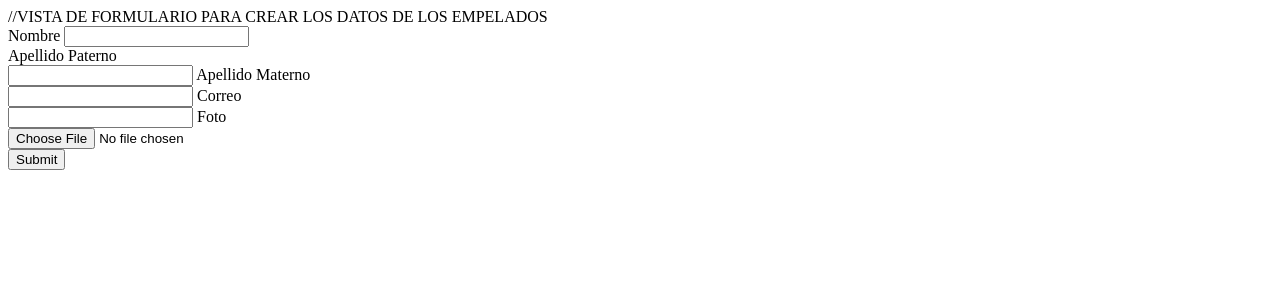
Repository: LionardoGomiz/CRUD-LARAVEL
Page: http://localhost/empleado/create
An editor plug-in stored every save of this project. The page is shown before and after the next save, followed by the edit.
The browser window is 1280 px wide. The pictures show the whole page.
The page is served by the project's Laravel application, run on PHP 8.4 with Laravel 8. Other server files are loaded and not shown.

Above is the page before, as saved 2021-08-02 14:50:10.

### CRUD-Laravel/routes/web.php
<?php

use Illuminate\Support\Facades\Route;
use App\Http\Controllers\EmpleadoController; //IMPORTAR EL CONTROLADOR A USAR
/*
|--------------------------------------------------------------------------
| Web Routes
|--------------------------------------------------------------------------
|
| Here is where you can register web routes for your application. These
| routes are loaded by the RouteServiceProvider within a group which
| contains the "web" middleware group. Now create something great!
|
*/

Route::get('/', function () {
    return view('welcome');
});

//RUTA PARA ACCEDER A MIS VISTAS
Route::get('/empleado', function () {
    return view('empleado.index');
});

//RUTA PARA ACCEDER A LOS METODOS DE MI CONTROLADOR DE FORMA INDIVIDUAL
Route::get('/empleado/create', [EmpleadoController::class,'create']);

//RUTA PARA ACCEDER A TODOS LOS METODOS DE MI CONTROLADOR
Route::resource('empleado',EmpleadoController::class);

### CRUD-Laravel/app/Http/Controllers/EmpleadoController.php
<?php

namespace App\Http\Controllers;

use App\Models\Empleado;
use Illuminate\Http\Request;

class EmpleadoController extends Controller
{
    /**
     * Display a listing of the resource.
     *
     * @return \Illuminate\Http\Response
     */
    public function index()
    {
        return view('empleado.index');
    }

    /**
     * Show the form for creating a new resource.
     *
     * @return \Illuminate\Http\Response
     */
    public function create()
    {
        return view('empleado.create');
    }

    /**
     * Store a newly created resource in storage.
     *
     * @param  \Illuminate\Http\Request  $request
     * @return \Illuminate\Http\Response
     */
    public function store(Request $request)
    {
        //
    }

    /**
     * Display the specified resource.
     *
     * @param  \App\Models\Empleado  $empleado
     * @return \Illuminate\Http\Response
     */
    public function show(Empleado $empleado)
    {
        //
    }

    /**
     * Show the form for editing the specified resource.
     *
     * @param  \App\Models\Empleado  $empleado
     * @return \Illuminate\Http\Response
     */
    public function edit(Empleado $empleado)
    {
        //
    }

    /**
     * Update the specified resource in storage.
     *
     * @param  \Illuminate\Http\Request  $request
     * @param  \App\Models\Empleado  $empleado
     * @return \Illuminate\Http\Response
     */
    public function update(Request $request, Empleado $empleado)
    {
        //
    }

    /**
     * Remove the specified resource from storage.
     *
     * @param  \App\Models\Empleado  $empleado
     * @return \Illuminate\Http\Response
     */
    public function destroy(Empleado $empleado)
    {
        //
    }
}

### CRUD-Laravel/resources/views/empleado/create.blade.php
//VISTA DE FORMULARIO PARA CREAR LOS DATOS DE LOS EMPELADOS
<form action="" method="POST" enctype="multipart/form-data">
    <label for="Nombre">Nombre</label>
<input type="text" name="Nombre" id="Nombre">
<br>
    <label for="ApellidoPaterno">Apellido Paterno</label>
    <br>
<input type="text" name="ApellidoPaterno" id="ApellidoPaterno">
    <label for="ApellidoMaterno">Apellido Materno</label>
    <br>
<input type="text" name="ApellidoMaterno" id="ApellidoMaterno">
    <label for="Correo">Correo</label>
    <br>
<input type="text" name="Correo" id="Correo">
    <label for="Foto">Foto</label>
    <br>
<input type="file" name="Foto" id="Foto">
    <label for=""></label>
    <br>
<input type="submit" name="Enviar" id="Enviar">
</form>

Loaded but not shown: CRUD-Laravel/app/Http/Controllers/Controller.php (common file)

After the next save:
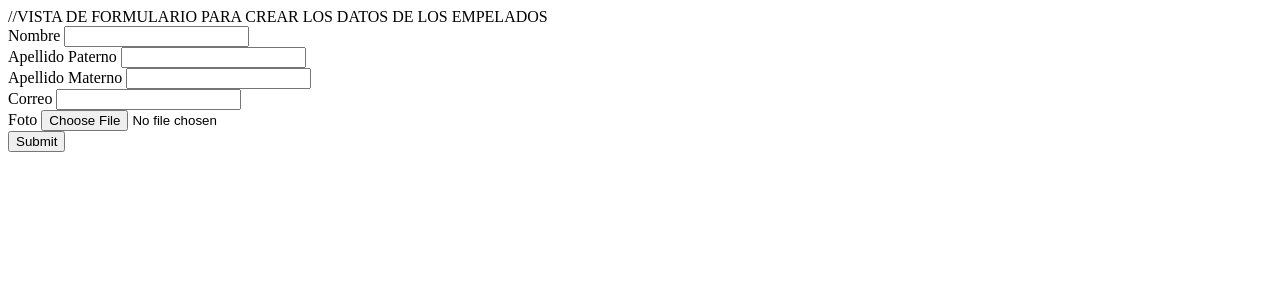
Saved 37 s later.
--- a/CRUD-Laravel/resources/views/empleado/create.blade.php
+++ b/CRUD-Laravel/resources/views/empleado/create.blade.php
@@ -4,18 +4,18 @@
 <input type="text" name="Nombre" id="Nombre">
 <br>
     <label for="ApellidoPaterno">Apellido Paterno</label>
-    <br>
 <input type="text" name="ApellidoPaterno" id="ApellidoPaterno">
+<br>
     <label for="ApellidoMaterno">Apellido Materno</label>
-    <br>
 <input type="text" name="ApellidoMaterno" id="ApellidoMaterno">
+<br>
     <label for="Correo">Correo</label>
-    <br>
 <input type="text" name="Correo" id="Correo">
+<br>
     <label for="Foto">Foto</label>
-    <br>
 <input type="file" name="Foto" id="Foto">
+<br>
     <label for=""></label>
-    <br>
 <input type="submit" name="Enviar" id="Enviar">
+<br>
 </form>
